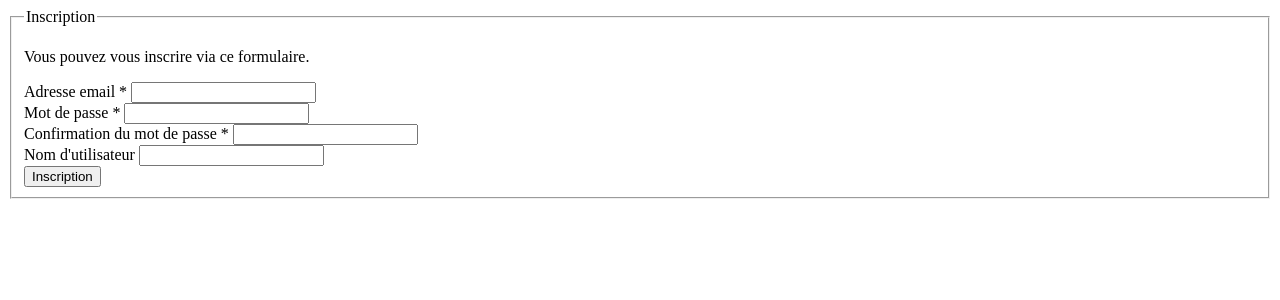
Repository: Tanox2450/ProjetFinalFrontWeb
Page: http://localhost/BoVoyageFrontOffice/fragments/formulaire.jsp
These files come from the project's save history. The page is drawn as it stood at one moment and after the next save; the edit follows.
The browser window is 1280 px wide. The pictures show the whole page.
The page is served by Tomcat 9. Other server files are loaded and not shown.

Above is the page before, as saved 2015-08-24 12:08:23.

### BoVoyageFrontOffice/WebContent/fragments/formulaire.jsp
<%@ page language="java" contentType="text/html; charset=UTF-8"
	pageEncoding="UTF-8"%>
<!DOCTYPE html PUBLIC "-//W3C//DTD HTML 4.01 Transitional//EN" "http://www.w3.org/TR/html4/loose.dtd">
<html>
<head>
<meta http-equiv="Content-Type" content="text/html; charset=UTF-8">
<title>Insert title here</title>
</head>
<body>
	<form method="post" action="inscription">
		<fieldset>
			<legend>Inscription</legend>
			<p>Vous pouvez vous inscrire via ce formulaire.</p>
			<label for="email">Adresse email <span class="requis">*</span></label>
			<input type="text" id="email" name="email" value="" size="20"
				maxlength="60" /> <br /> <label for="motdepasse">Mot de
				passe <span class="requis">*</span>
			</label> <input type="password" id="motdepasse" name="motdepasse" value=""
				size="20" maxlength="20" /> <br /> <label for="confirmation">Confirmation
				du mot de passe <span class="requis">*</span>
			</label> <input type="password" id="confirmation" name="confirmation"
				value="" size="20" maxlength="20" /> <br /> <label for="nom">Nom
				d'utilisateur</label> <input type="text" id="nom" name="nom" value=""
				size="20" maxlength="20" /> <br /> <input type="submit"
				value="Inscription" class="sansLabel" /> <br />
		</fieldset>
	</form>
</body>
</html>

After the next save:
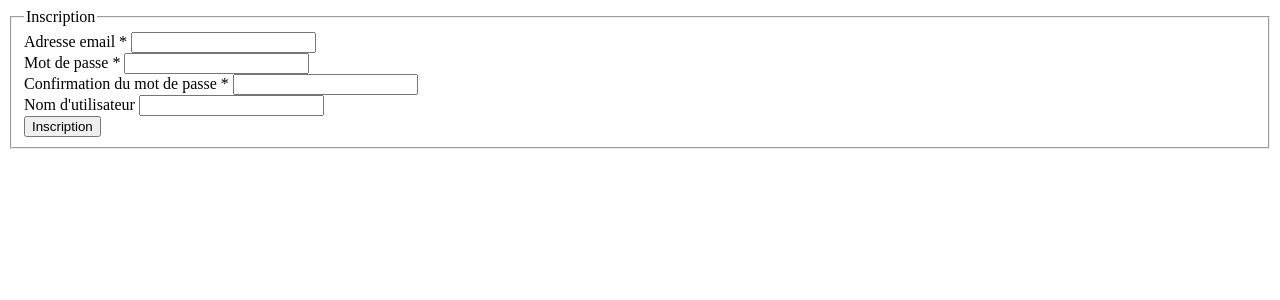
Saved 2 min 34 s later.
--- a/BoVoyageFrontOffice/WebContent/fragments/formulaire.jsp
+++ b/BoVoyageFrontOffice/WebContent/fragments/formulaire.jsp
@@ -10,7 +10,6 @@
 	<form method="post" action="inscription">
 		<fieldset>
 			<legend>Inscription</legend>
-			<p>Vous pouvez vous inscrire via ce formulaire.</p>
 			<label for="email">Adresse email <span class="requis">*</span></label>
 			<input type="text" id="email" name="email" value="" size="20"
 				maxlength="60" /> <br /> <label for="motdepasse">Mot de
